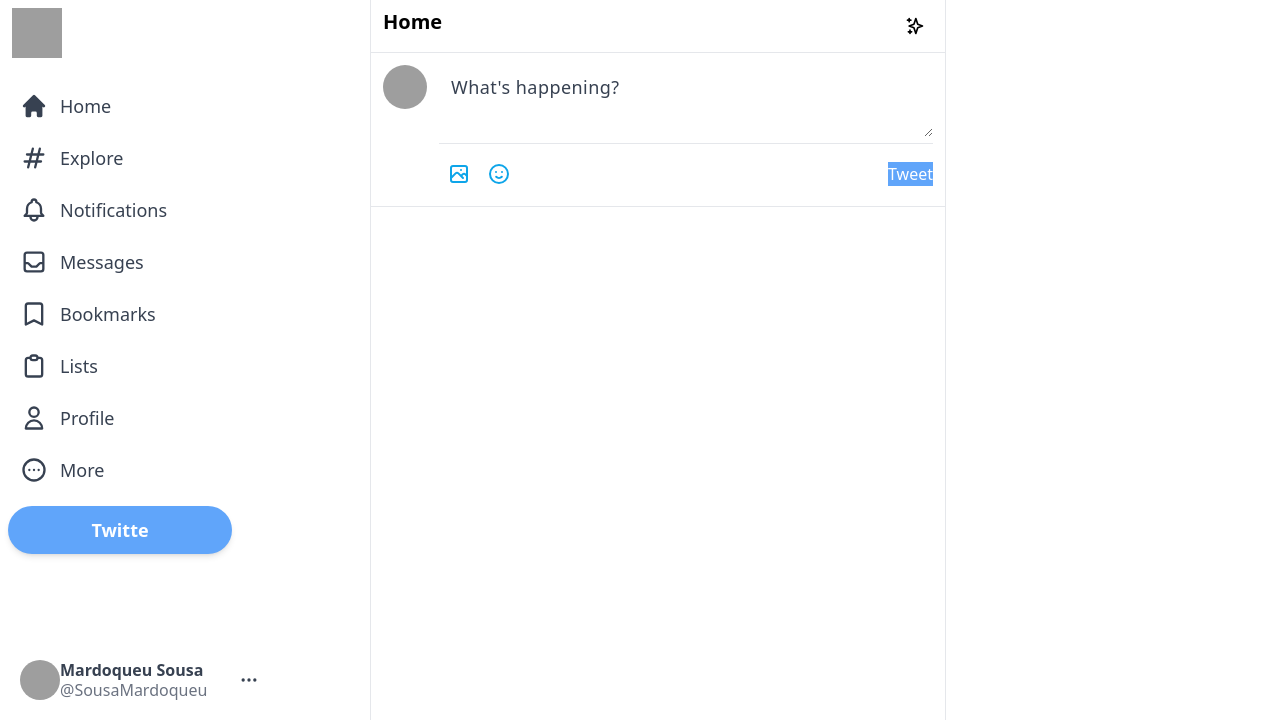
Repository: Mardoqueu/twitter
Page: /
An editor plug-in stored every save of this project. The page is shown before and after the next save, followed by the edit.
The browser window is 1280 px wide. The pictures show the whole page.
Pictures or frames that could not be fetched are drawn as grey boxes. The project was rebuilt for these pictures with package versions that can differ from the ones it lists, and the page was loaded fresh each time. The framework's server and built-in components were replaced by stand-ins that run in the browser. Also part of the build but not shown: next.config.js.

Above is the page before, as saved 2022-09-02 08:19:12.

### pages/index.js
import Head from "next/head";
import Sidebar from '../components/Sidebar';
import Feed from '../components/Feed';


export default function Home() {
  return (
    <div >
      <Head>
        <title>Twitter Clone</title>
        <meta name="description" content="Generated by create next app" />
        <link rel="icon" href="/favicon.ico" />
      </Head>

    <main className='flex min-h-screen max-w-7xl mx-auto '>
      {/* Sidebar */}
      <Sidebar />

      {/* Feed */}
      <Feed/>
      {/* Widgets */}

      {/* Modal */}

    </main>


    </div>
  )
}

### styles/globals.css
@tailwind base;
@tailwind components;
@tailwind utilities;

@layer components{
    .hoverEffect {
        @apply cursor-pointer hover:bg-gray-200 rounded-full w-[52px] xl:w-auto h-[52px] xl:h-auto xl:p-3
    }
}

### components/Sidebar.js
import Image from "next/image"
import SidebarMenuItem from "./SidebarMenuItem"
import { HomeIcon } from '@heroicons/react/solid'
import { BellIcon, BookmarkIcon, ClipboardIcon, DotsCircleHorizontalIcon, DotsHorizontalIcon, HashtagIcon, InboxIcon, UserIcon } from '@heroicons/react/outline'

export default function Sidebar() {
  return (
    <div className="hidden sm:flex flex-col p-2 xl:items-start fixed h-full">
        {/* Twitter logo */}
        <div className="hoverEffect p-0 hover:bg-blue-100 xl:px-1">
            <Image
            width="50"
            height="50"
            src="https://help.twitter.com/content/dam/help-twitter/brand/logo.png"></Image>
        </div>

        {/* Menu */}

        <div className="mt-4 mb-2.5 xl:items-start">
        <SidebarMenuItem text="Home" Icon={HomeIcon} active/>
        <SidebarMenuItem text="Explore" Icon={HashtagIcon} />
        <SidebarMenuItem text="Notifications" Icon={BellIcon} />
        <SidebarMenuItem text="Messages" Icon={InboxIcon} />
        <SidebarMenuItem text="Bookmarks" Icon={BookmarkIcon} />
        <SidebarMenuItem text="Lists" Icon={ClipboardIcon} />
        <SidebarMenuItem text="Profile" Icon={UserIcon} />
        <SidebarMenuItem text="More" Icon={DotsCircleHorizontalIcon} />
      </div>

        {/* Button */}

        <button className="bg-blue-400 text-white rounded-full w-56 h-12 font-bold shadow-md hover:brightness-95 text-lg hidden xl:inline">Twitte</button>

        {/* Mini-profile */}
        <div className="hoverEffect text-gray-700 flex items-center justify-center xl:justify-start mt-auto">
            <img
            src="https://media-exp1.licdn.com/dms/image/C4E03AQF1Icbg9ibKSQ/profile-displayphoto-shrink_800_800/0/1656524327808?e=1667433600&v=beta&t=zLj1VuO7UnlyGXgtGnCIGGm6Xel0rldXOa9ES50GV3c"
            alt="user-img"
            className="h-10 w-10 rounded-full"/>
            <div className="leading-5 hidden xl:inline">
                <h4 className="font-bold">Mardoqueu Sousa</h4>
                <p className="text-gray-500">@SousaMardoqueu</p>
            </div>
            <DotsHorizontalIcon className="h-5 xl:ml-8"/>
        </div>
    </div>
  )
}

### components/Feed.js
import { SparklesIcon } from '@heroicons/react/outline'
import Input from '../components/Input';


export default function Feed() {
  return (
    <div className="xl:ml-[370px] border-l border-r border-gray-200 border-gray-200  xl:min-w-[576px] sm:ml-[73px] flex-grow max-w-xl">
       {/* div is covering the header section taht has an edge to tag  */}
        <div className='flex py-2 px-3 sticky top-0 z-50 bg-white border-b border-gray-200'>
              <h2 className="text-lg sm:text-xl font-bold cursor-pointer">Home</h2>
              <div className='hoverEffect flex items-center justify-center px-0 ml-auto w-9 h-9'>
                    <SparklesIcon className='h-5'/>
              </div>
        </div>
        <Input/>
    </div>
  )
}

### components/SidebarMenuItem.js
import React from 'react'

export default function SidebarMenuItem({text, Icon}) {
  return (
    <div className="hoverEffect flex items-center text-gray-700 justify-center xl:justify-start text-lg space-x-3">
      <Icon className="h-7" />
      <span className={'${active && "font-bold"} hidden xl:inline'}>{text}</span>

    </div>
  )
}

### components/Input.js
import { EmojiHappyIcon, PhotographIcon } from "@heroicons/react/outline";

export default function Input() {
  return (
    <div className="flex border-b border-gray-200 p-3 space-x-3">
        <img src="https://media-exp1.licdn.com/dms/image/C4E03AQF1Icbg9ibKSQ/profile-displayphoto-shrink_800_800/0/1656524327808?e=1667433600&v=beta&t=zLj1VuO7UnlyGXgtGnCIGGm6Xel0rldXOa9ES50GV3c"
        alt="user-img"
        className="h-11 w-11 rounded-full cursor-pointer hover:brightness-95"/>
        <div className="w-full divide-y divide-gray-200">
            <div className="">
                <textarea className="w-full border-none focus:ring-0 text-lg placeholder-gray-700 tracking-wide mini-h-[50px] text-gray-700"  rows="2" placeholder="What's happening?"></textarea>
            </div>
            <div className="flex items-center justify-between pt-2.5">
                <div className=" flex">
                    <PhotographIcon className="h-10 w-10 hoverEffect p-2 text-sky-500 hover:bg-sky-500"/>
                    <EmojiHappyIcon className="h-10 w-10 hoverEffect p-2 text-sky-500 hover:bg-sky-500"/>
                </div>
            <button className="bg-blue-400 text-white">Tweet</button>
            </div>
        </div>
    </div>
  )
}

### tailwind.config.js
/** @type {import('tailwindcss').Config} */
module.exports = {
  content: [
    "./pages/**/*.{js,ts,jsx,tsx}",
    "./components/**/*.{js,ts,jsx,tsx}",
  ],
  theme: {
    extend: {},
  },
  plugins: [require('@tailwindcss/forms')],
}

Loaded but not shown: pages/_app.js (common file)

After the next save:
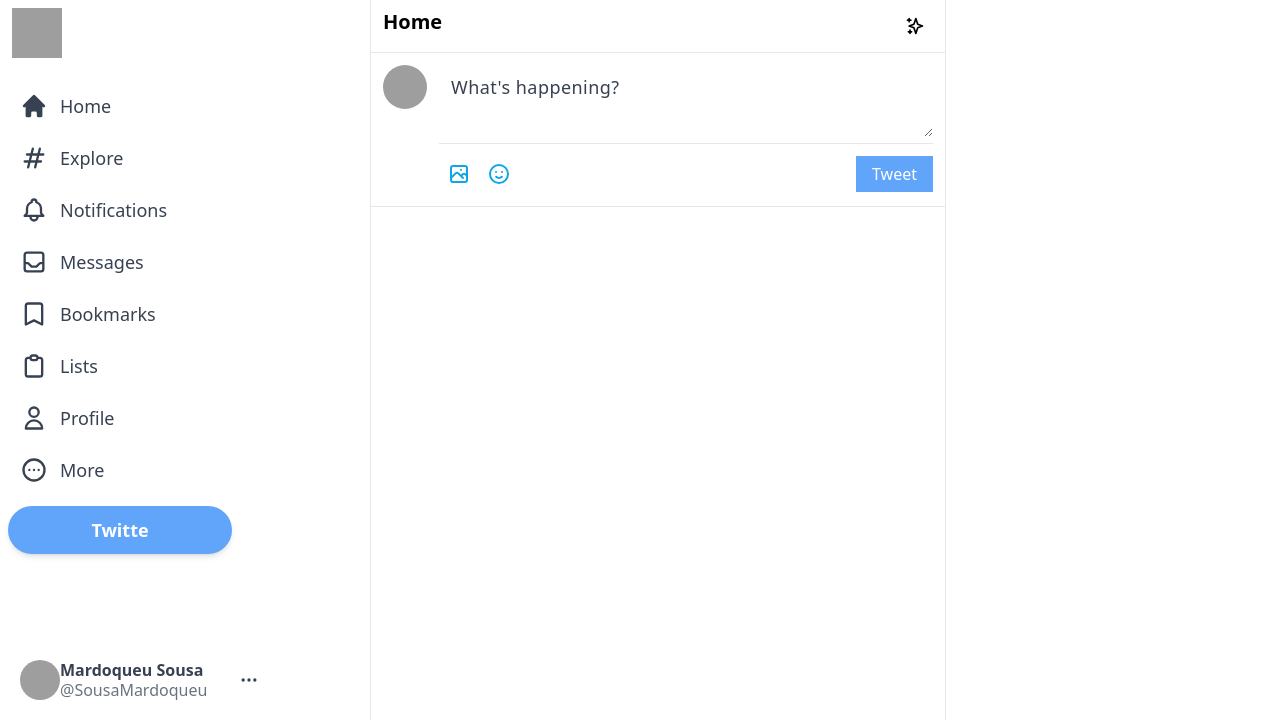
Saved 11 s later.
--- a/components/Input.js
+++ b/components/Input.js
@@ -15,7 +15,7 @@
                     <PhotographIcon className="h-10 w-10 hoverEffect p-2 text-sky-500 hover:bg-sky-500"/>
                     <EmojiHappyIcon className="h-10 w-10 hoverEffect p-2 text-sky-500 hover:bg-sky-500"/>
                 </div>
-            <button className="bg-blue-400 text-white">Tweet</button>
+            <button className="bg-blue-400 text-white px-4 py-1.5">Tweet</button>
             </div>
         </div>
     </div>
